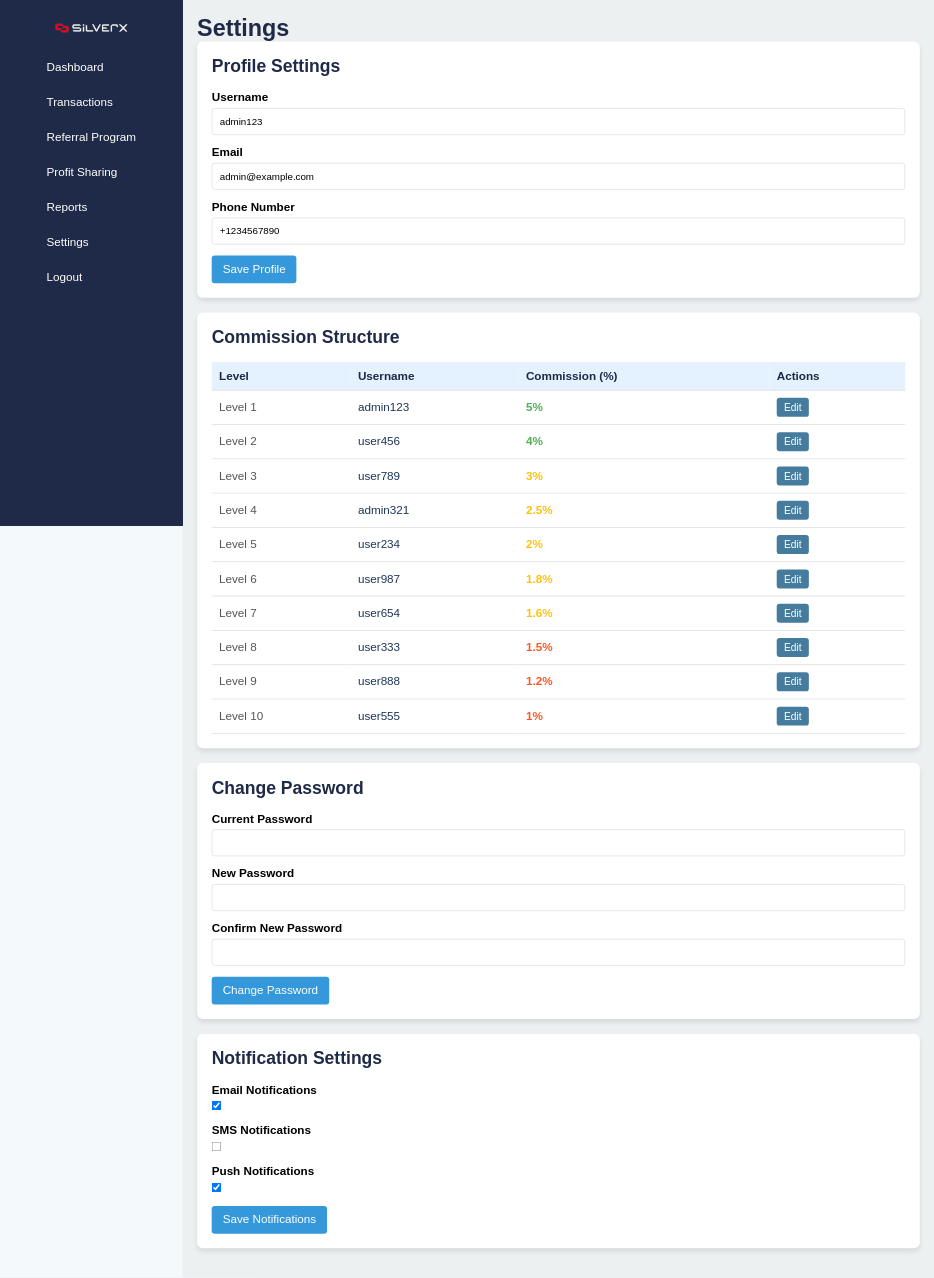
Repository: 2025silverx/slivedrX
Page: setting.html
An editor plug-in stored every save of this project. The page is shown before and after the next save, followed by the edit.
The browser window is 1280 px wide. The pictures show the whole page, at 73% of full size.

Above is the page before, as saved 2025-01-19 14:23:19.

After the next save:
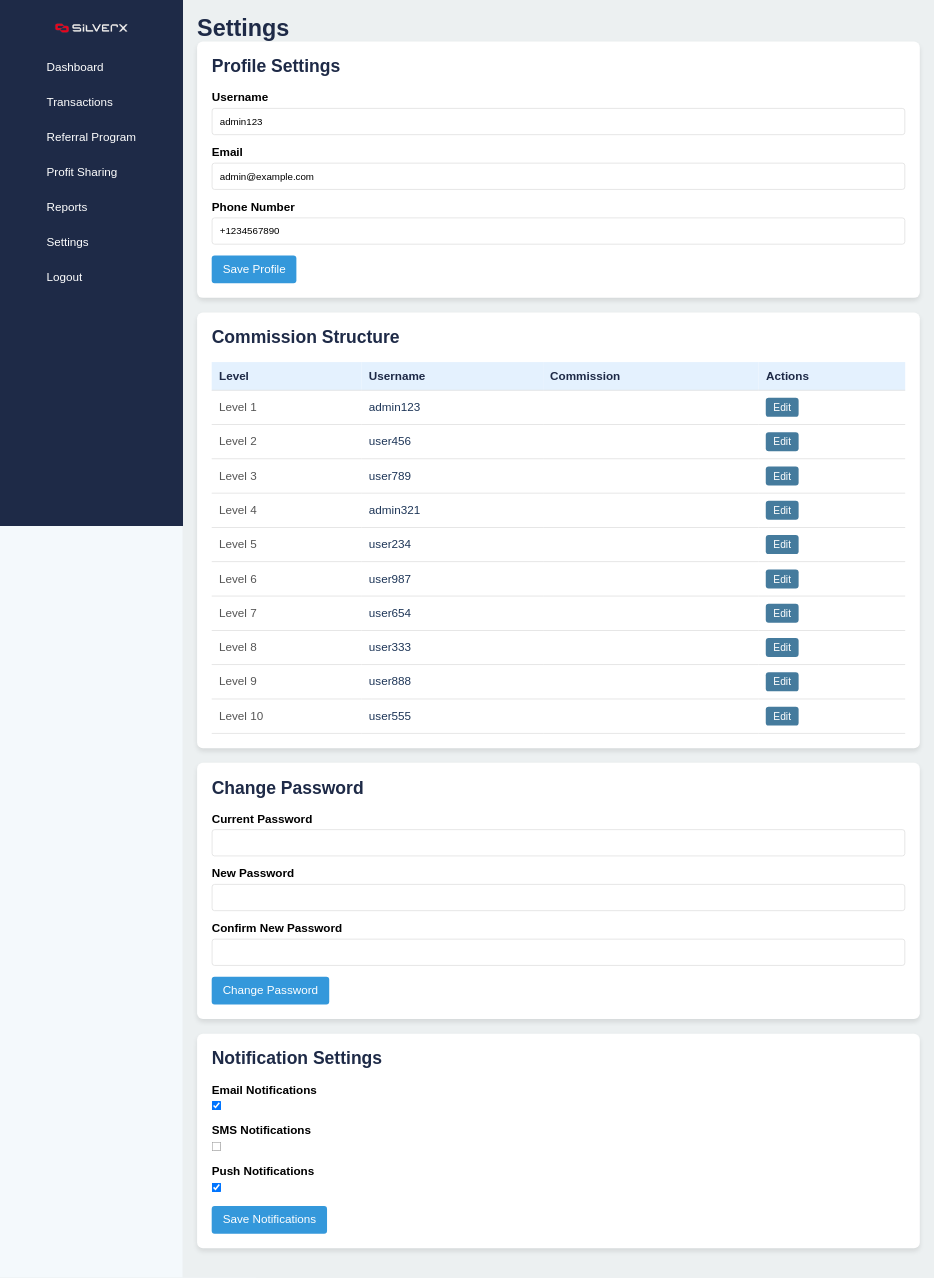
Saved 2 min 8 s later.
--- a/setting.html
+++ b/setting.html
@@ -48,16 +48,15 @@
             </form>
         </div>
 
-        <!-- Commission Structure Table -->
-<!-- Commission Structure Table -->
-<div class="settings-section">
+   <!-- Commission Structure Table -->
+   <div class="settings-section">
     <h2>Commission Structure</h2>
     <table class="commission-table">
         <thead>
             <tr>
                 <th>Level</th>
                 <th>Username</th>
-                <th>Commission (%)</th>
+                <th>Commission</th>
                 <th>Actions</th>
             </tr>
         </thead>
@@ -65,109 +64,108 @@
             <tr>
                 <td>Level 1</td>
                 <td><span class="username">admin123</span></td>
-                <td><span class="high">5%</span></td>
+                <td><div class="progress-bar high" style="width: 50%;"></div></td>
                 <td><button class="edit-btn">Edit</button></td>
             </tr>
             <tr>
                 <td>Level 2</td>
                 <td><span class="username">user456</span></td>
-                <td><span class="high">4%</span></td>
+                <td><div class="progress-bar high" style="width: 40%;"></div></td>
                 <td><button class="edit-btn">Edit</button></td>
             </tr>
             <tr>
                 <td>Level 3</td>
                 <td><span class="username">user789</span></td>
-                <td><span class="medium">3%</span></td>
+                <td><div class="progress-bar medium" style="width: 30%;"></div></td>
                 <td><button class="edit-btn">Edit</button></td>
             </tr>
             <tr>
                 <td>Level 4</td>
                 <td><span class="username">admin321</span></td>
-                <td><span class="medium">2.5%</span></td>
+                <td><div class="progress-bar medium" style="width: 25%;"></div></td>
                 <td><button class="edit-btn">Edit</button></td>
             </tr>
             <tr>
                 <td>Level 5</td>
                 <td><span class="username">user234</span></td>
-                <td><span class="medium">2%</span></td>
+                <td><div class="progress-bar medium" style="width: 20%;"></div></td>
                 <td><button class="edit-btn">Edit</button></td>
             </tr>
             <tr>
                 <td>Level 6</td>
                 <td><span class="username">user987</span></td>
-                <td><span class="medium">1.8%</span></td>
+                <td><div class="progress-bar medium" style="width: 18%;"></div></td>
                 <td><button class="edit-btn">Edit</button></td>
             </tr>
             <tr>
                 <td>Level 7</td>
                 <td><span class="username">user654</span></td>
-                <td><span class="medium">1.6%</span></td>
+                <td><div class="progress-bar medium" style="width: 16%;"></div></td>
                 <td><button class="edit-btn">Edit</button></td>
             </tr>
             <tr>
                 <td>Level 8</td>
                 <td><span class="username">user333</span></td>
-                <td><span class="low">1.5%</span></td>
+                <td><div class="progress-bar low" style="width: 15%;"></div></td>
                 <td><button class="edit-btn">Edit</button></td>
             </tr>
             <tr>
                 <td>Level 9</td>
                 <td><span class="username">user888</span></td>
-                <td><span class="low">1.2%</span></td>
+                <td><div class="progress-bar low" style="width: 12%;"></div></td>
                 <td><button class="edit-btn">Edit</button></td>
             </tr>
             <tr>
                 <td>Level 10</td>
                 <td><span class="username">user555</span></td>
-                <td><span class="low">1%</span></td>
+                <td><div class="progress-bar low" style="width: 10%;"></div></td>
                 <td><button class="edit-btn">Edit</button></td>
             </tr>
         </tbody>
     </table>
 </div>
 
+<!-- Change Password Section -->
+<div class="settings-section">
+    <h2>Change Password</h2>
+    <form class="settings-form">
+        <div class="form-group">
+            <label for="current-password">Current Password</label>
+            <input type="password" id="current-password" name="current-password" required>
+        </div>
+        <div class="form-group">
+            <label for="new-password">New Password</label>
+            <input type="password" id="new-password" name="new-password" required>
+        </div>
+        <div class="form-group">
+            <label for="confirm-password">Confirm New Password</label>
+            <input type="password" id="confirm-password" name="confirm-password" required>
+        </div>
+        <button type="submit" class="btn">Change Password</button>
+    </form>
+</div>
 
-        <!-- Change Password Section -->
-        <div class="settings-section">
-            <h2>Change Password</h2>
-            <form class="settings-form">
-                <div class="form-group">
-                    <label for="current-password">Current Password</label>
-                    <input type="password" id="current-password" name="current-password" required>
-                </div>
-                <div class="form-group">
-                    <label for="new-password">New Password</label>
-                    <input type="password" id="new-password" name="new-password" required>
-                </div>
-                <div class="form-group">
-                    <label for="confirm-password">Confirm New Password</label>
-                    <input type="password" id="confirm-password" name="confirm-password" required>
-                </div>
-                <button type="submit" class="btn">Change Password</button>
-            </form>
+<!-- Notification Settings Section -->
+<div class="settings-section">
+    <h2>Notification Settings</h2>
+    <form class="settings-form">
+        <div class="form-group">
+            <label for="email-notifications">Email Notifications</label>
+            <input type="checkbox" id="email-notifications" name="email-notifications" checked>
         </div>
+        <div class="form-group">
+            <label for="sms-notifications">SMS Notifications</label>
+            <input type="checkbox" id="sms-notifications" name="sms-notifications">
+        </div>
+        <div class="form-group">
+            <label for="push-notifications">Push Notifications</label>
+            <input type="checkbox" id="push-notifications" name="push-notifications" checked>
+        </div>
+        <button type="submit" class="btn">Save Notifications</button>
+    </form>
+</div>
+</div>
 
-        <!-- Notification Settings Section -->
-        <div class="settings-section">
-            <h2>Notification Settings</h2>
-            <form class="settings-form">
-                <div class="form-group">
-                    <label for="email-notifications">Email Notifications</label>
-                    <input type="checkbox" id="email-notifications" name="email-notifications" checked>
-                </div>
-                <div class="form-group">
-                    <label for="sms-notifications">SMS Notifications</label>
-                    <input type="checkbox" id="sms-notifications" name="sms-notifications">
-                </div>
-                <div class="form-group">
-                    <label for="push-notifications">Push Notifications</label>
-                    <input type="checkbox" id="push-notifications" name="push-notifications" checked>
-                </div>
-                <button type="submit" class="btn">Save Notifications</button>
-            </form>
-        </div>
-    </div>
-
-    <script src="settings.js"></script>
+<script src="settings.js"></script>
 </body>
 </html>
